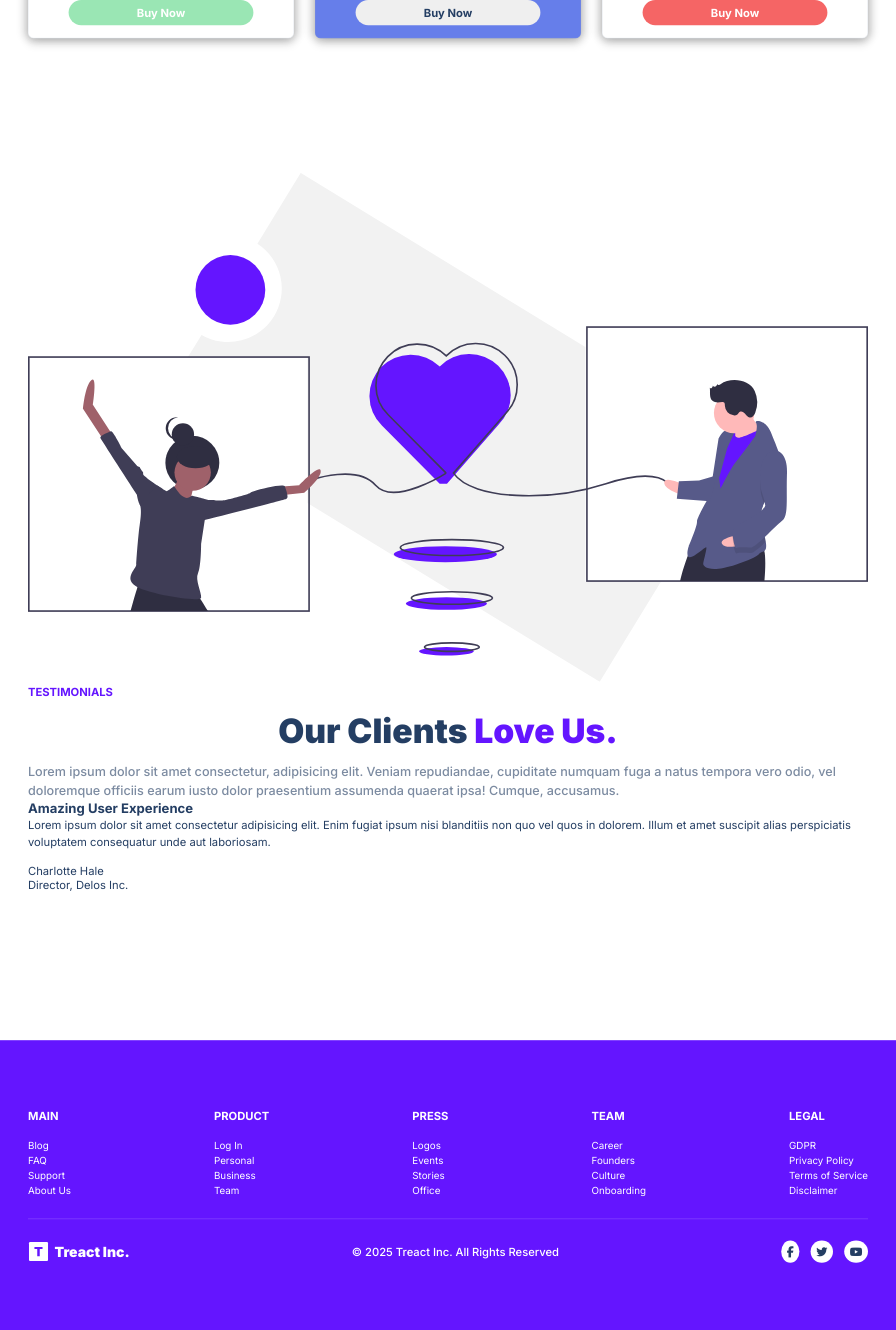
Repository: avivanguyen/m2_fianlProject
Page: index.html
The author's editor kept a copy of each file at every save. The page is drawn from the files as they stood at one save, then again after a run of saves.
The browser window is 1280 px wide. The pictures show the part of the page from y = 4430 to 6350 px (the page is 6330 px tall before and 6350 px after), at 70% of full size.
Some web libraries are served in a nearby version.

Above is the page before, as saved 2025-12-11 11:27:51.

After the next 4 saves:
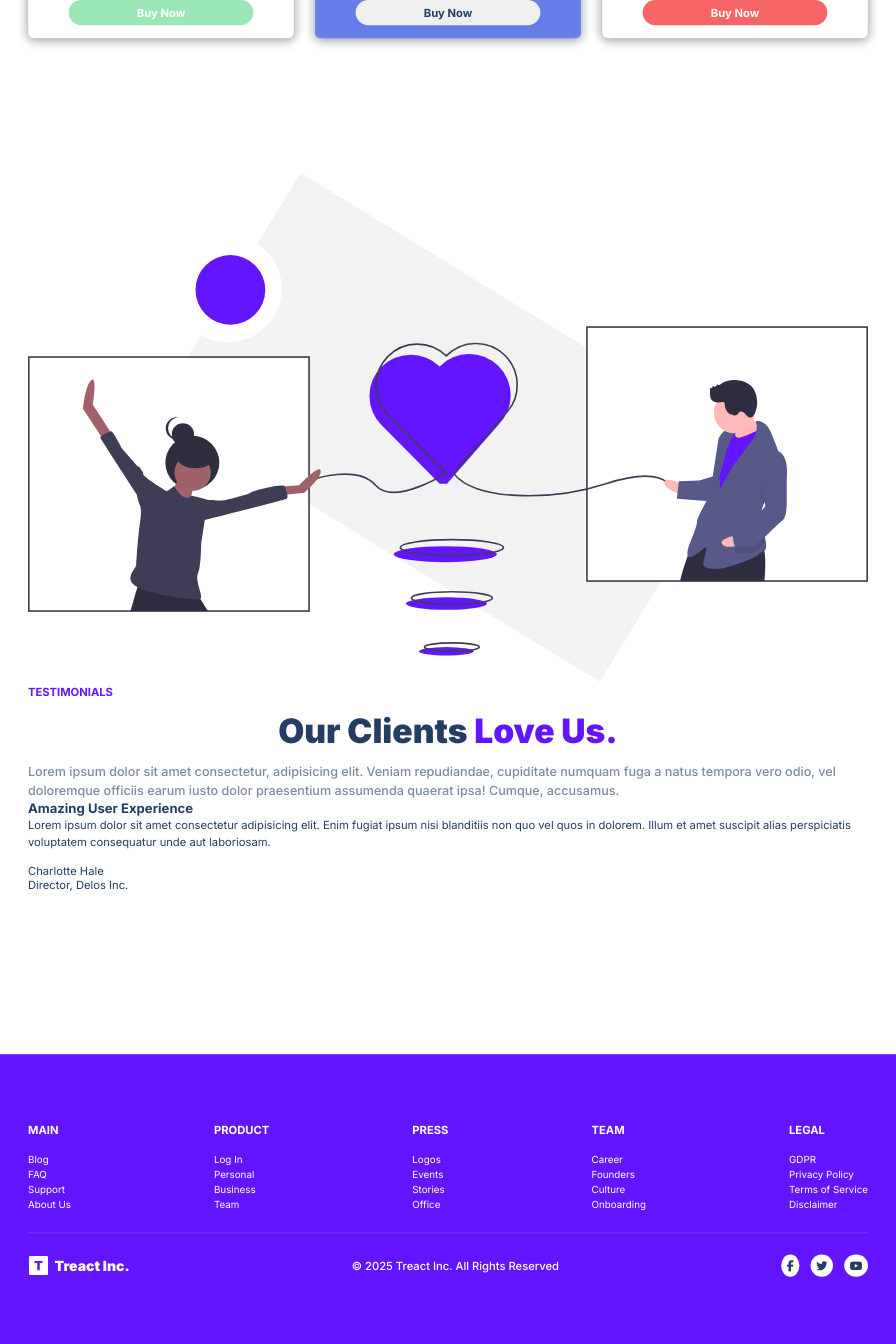
The 4 saves are shown as one change because they came seconds apart.
The last was saved 11 s later.
--- a/index.html
+++ b/index.html
@@ -336,6 +336,7 @@
                                     </div>
                                 <div class="testimonial__buttons">
                                     <button class="testimonial__button"></button>
+                                                                        <div class="divider"></div>
                                     <button class="testimonial__button"></button>
                                 </div>
                                </div>
